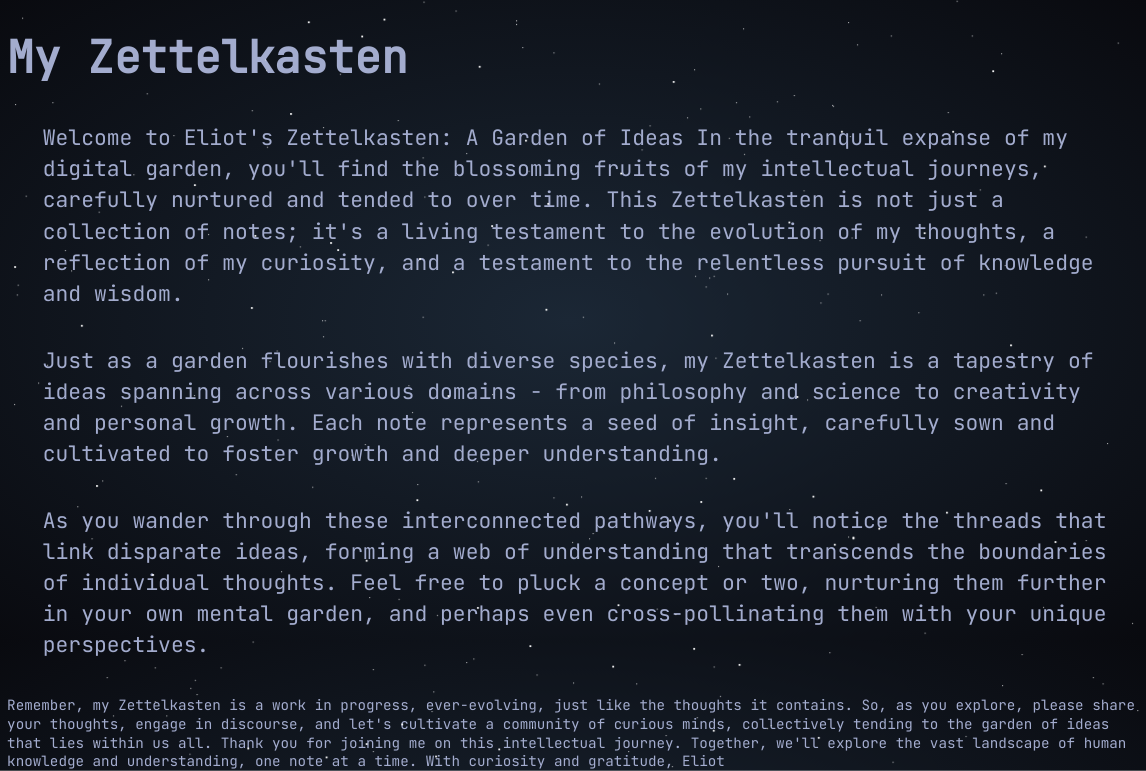
Repository: EliotKhachi/publicZk
Page: zettelkasten.html
An editor plug-in stored every save of this project. The page is shown before and after the next save, followed by the edit.
The browser window is 1280 px wide. The page is 1288 px wide, so the pictures cover 1288 px, including what lies to the right of the window. The pictures show the whole page, at 89% of full size.

Above is the page before, as saved 2023-10-01 17:33:38.

After the next save:
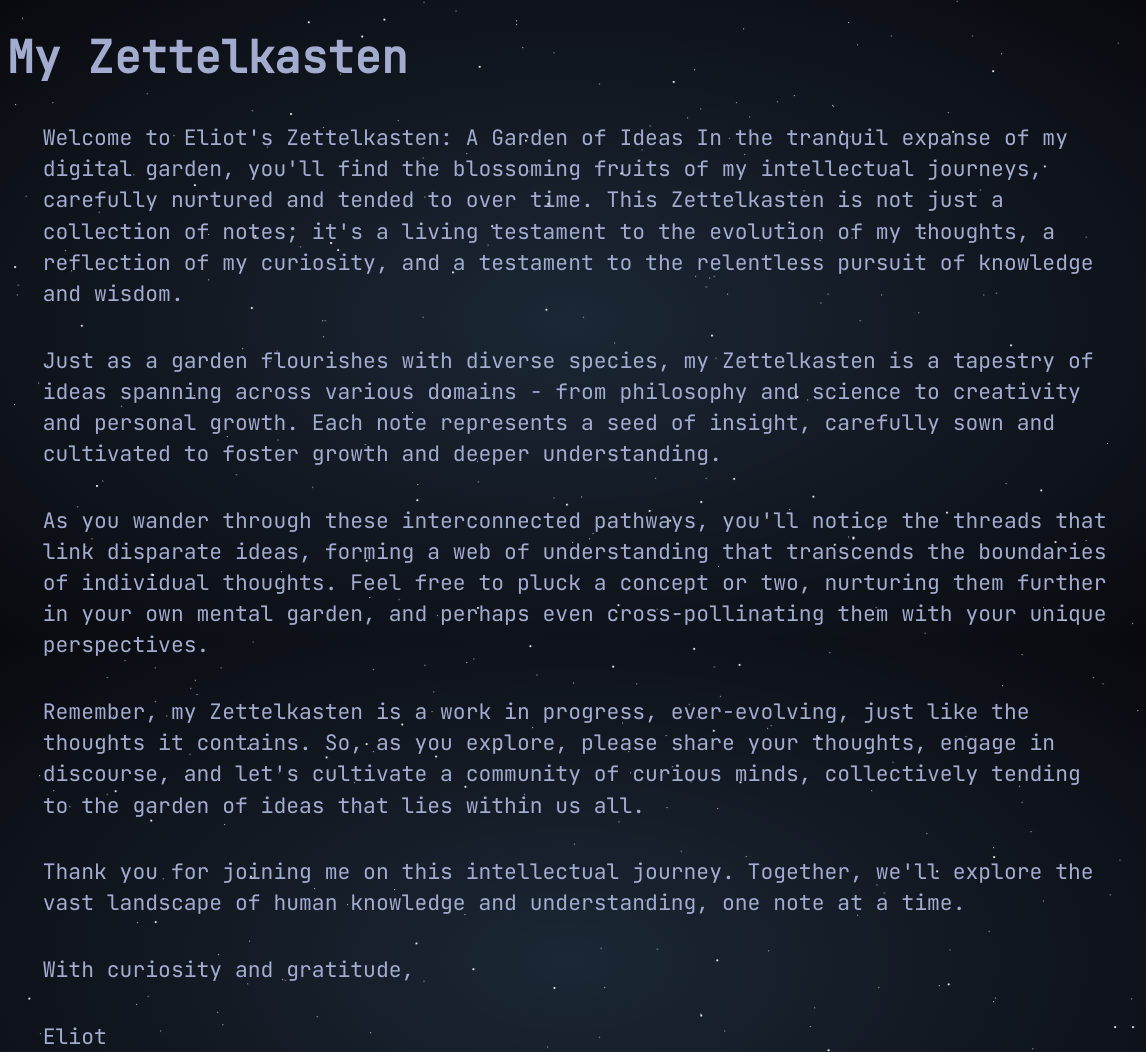
Saved 58 s later.
--- a/zettelkasten.html
+++ b/zettelkasten.html
@@ -31,14 +31,13 @@ In the tranquil expanse of my digital garden, you'll find the blossoming fruits
 
 <p>As you wander through these interconnected pathways, you'll notice the threads that link disparate ideas, forming a web of understanding that transcends the boundaries of individual thoughts. Feel free to pluck a concept or two, nurturing them further in your own mental garden, and perhaps even cross-pollinating them with your unique perspectives.</p>
 
-Remember, my Zettelkasten is a work in progress, ever-evolving, just like the thoughts it contains. So, as you explore, please share your thoughts, engage in discourse, and let's cultivate a community of curious minds, collectively tending to the garden of ideas that lies within us all.
+<p>Remember, my Zettelkasten is a work in progress, ever-evolving, just like the thoughts it contains. So, as you explore, please share your thoughts, engage in discourse, and let's cultivate a community of curious minds, collectively tending to the garden of ideas that lies within us all.</p>
 
-Thank you for joining me on this intellectual journey. Together, we'll explore the vast landscape of human knowledge and understanding, one note at a time.
+<p>Thank you for joining me on this intellectual journey. Together, we'll explore the vast landscape of human knowledge and understanding, one note at a time.</p>
 
-With curiosity and gratitude,
+<p>With curiosity and gratitude,</p>
 
-Eliot
-        </p>
+<p>Eliot</p>
       </div>
     </div>
     <script src="js/script.js"></script>
